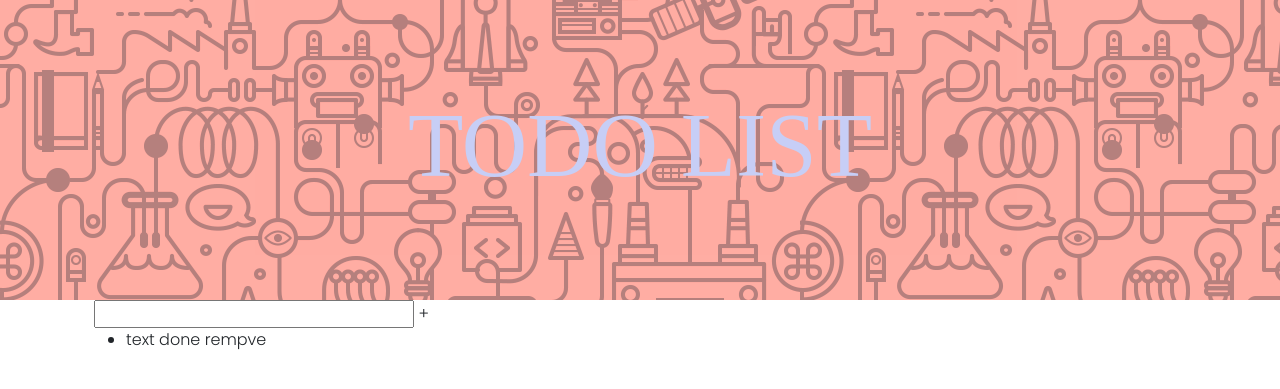
Repository: zum281/todo-list
Page: index.html
These files come from the project's save history. The page is drawn as it stood at one moment and after the next save; the edit follows.
The browser window is 1280 px wide. The pictures show the whole page.
Some web fonts or font styles are not loaded; a fallback is used. The style sheet was rebuilt from its Sass, Less or Tailwind sources for each picture, by a compiler version that may differ from the author's.

Above is the page before, as saved 2021-03-05 15:55:13.

After the next save:
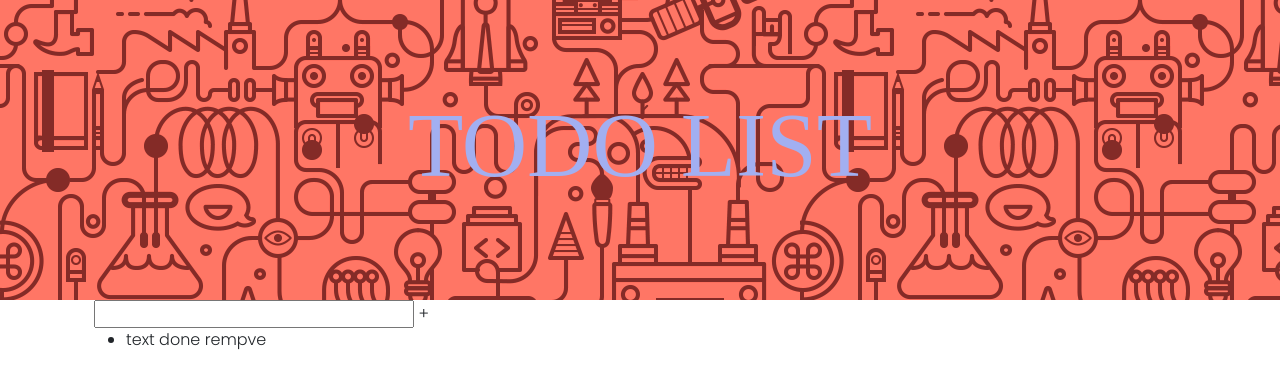
Saved 9 s later.
--- a/sass/main.scss
+++ b/sass/main.scss
@@ -15,7 +15,7 @@ body {
     min-height: 300px;
     background: url("/assets/science.png");
     background-repeat: repeat;
-    opacity: 0.6;
+
     display: flex;
     align-items: center;
     justify-content: center;
